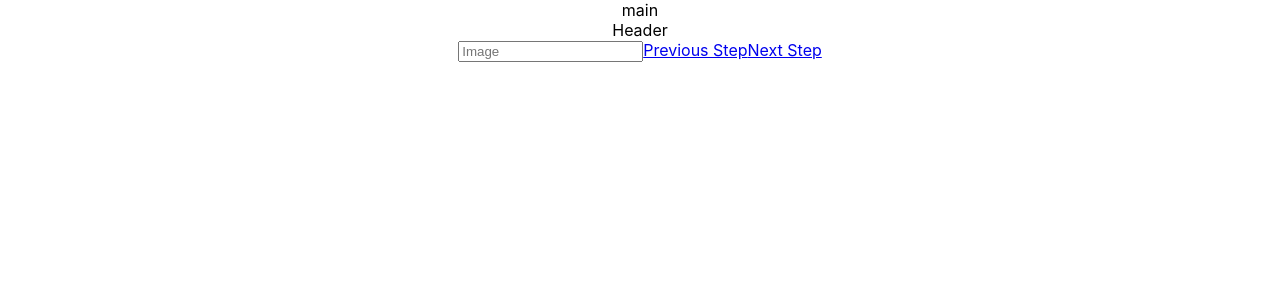
Repository: ooter37/houser
Page: /#/wizard/step2
An editor plug-in stored every save of this project. The page is shown before and after the next save, followed by the edit.
The browser window is 1280 px wide. The pictures show the whole page.
The project was rebuilt for these pictures with package versions that can differ from the ones it lists, and the page was loaded fresh each time. Also part of the build but not shown: src/Components/Wizard/Steps/StepOne.js, src/Components/Wizard/Steps/StepThree.js, src/Components/Wizard/Wizard.js, src/Components/House/House.js, src/Components/Dashboard/Dashboard.js.

Above is the page before, as saved 2020-04-10 14:40:07.

After the next save:
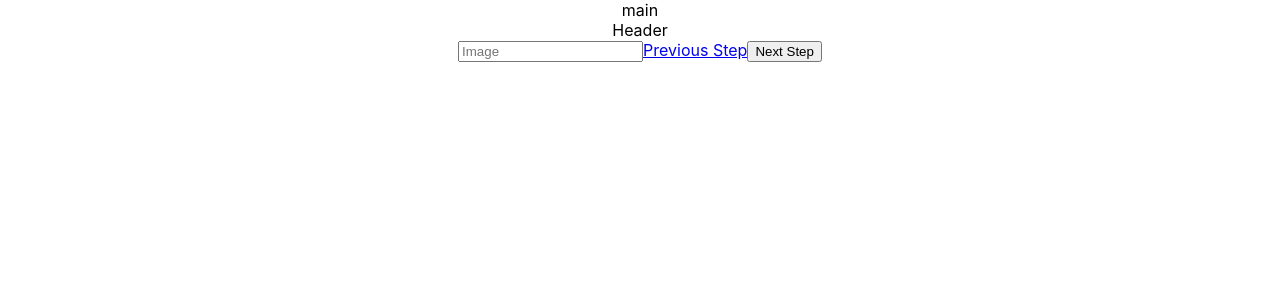
Saved 55 s later.
--- a/src/Components/Wizard/Steps/StepTwo.js
+++ b/src/Components/Wizard/Steps/StepTwo.js
@@ -47,7 +47,10 @@ export default class StepTwo extends React.Component {
             Previous Step
         </Link>
         <Link to="/wizard/step3">
-            Next Step
+          <button onClick={() => {
+            this.nextStep()
+            console.log(this.state)
+          }}>Next Step</button>
         </Link>
       </div>
     );
